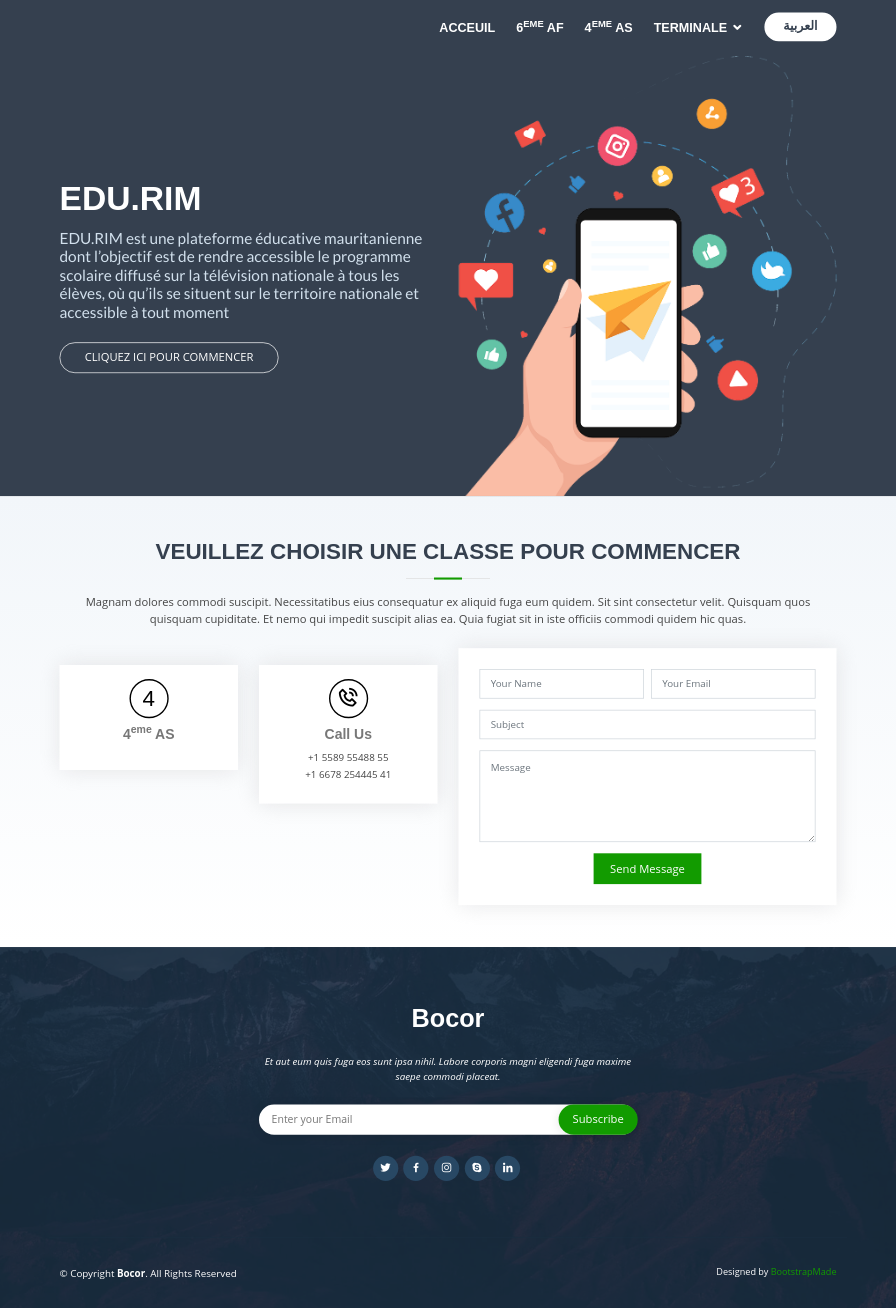
Repository: athiemohamed/courat
Page: http://localhost/
These files come from the project's save history. The page is drawn as it stood at one moment and after a run of saves; the edit follows.
The browser window is 1280 px wide. The pictures show the whole page, at 70% of full size.
Some web fonts or font styles are not loaded; a fallback is used. The page is run by PHP 8.4 with error messages shown; the project is at /var/www/html/. Other server files are loaded and not shown.

Above is the page before, as saved 2020-03-26 12:59:58.

### index.php
<!DOCTYPE html>
<html lang="en">

<head>
  <meta charset="utf-8">
  <meta content="width=device-width, initial-scale=1.0" name="viewport">

  <title>Cours - Rim Academy</title>
  <meta content="" name="descriptison">
  <meta content="" name="keywords">

  <!-- Favicons -->
  <link href="assets/img/favicon.png" rel="icon">
  <link href="assets/img/apple-touch-icon.png" rel="apple-touch-icon">

  <!-- Google Fonts -->
  <link href="https://fonts.googleapis.com/css?family=Cairo&display=swap" rel="stylesheet">
  <link href="https://fonts.googleapis.com/css?family=Lato&display=swap" rel="stylesheet">

  <!-- Vendor CSS Files -->
  <link href="assets/vendor/bootstrap/css/bootstrap.min.css" rel="stylesheet">
  <link href="assets/vendor/icofont/icofont.min.css" rel="stylesheet">
  <link href="assets/vendor/boxicons/css/boxicons.min.css" rel="stylesheet">
  <link href="assets/vendor/venobox/venobox.css" rel="stylesheet">
  <link href="assets/vendor/aos/aos.css" rel="stylesheet">

  <!-- Template Main CSS File -->
  <link href="assets/css/style.css" rel="stylesheet">

  <!-- =======================================================
  * Template Name: Bocor - v2.0.0
  * Template URL: https://bootstrapmade.com/bocor-bootstrap-template-nice-animation/
  * Author: BootstrapMade.com
  * License: https://bootstrapmade.com/license/
  ======================================================== -->
</head>

<body>

  <!-- ======= Header ======= -->
  <header id="header">
    <div class="container d-flex">
      <div class="logo mr-auto">
        <!-- <h1 class="text-light"><a href="index.html">RIM<span>.EDU</span></a></h1> -->
        <!-- Uncomment below if you prefer to use an image logo -->
        <!-- <a href="index.html"><img src="assets/img/logo.png" alt="" class="img-fluid"></a>-->
      </div>
      <nav class="nav-menu d-none d-lg-block">
        <ul>
          <li class="active"><a href="#header">ACCEUIL</a></li>
          <li><a href="#">6<sup>EME</sup> AF</a></li>
          <li><a href="#">4<sup>EME</sup> AS</a></li>
          <li class="drop-down"><a href="">TERMINALE</a>
            <ul>
              <li><a href="#">TERMINALE A</a></li>
              <li><a href="#">TERMINALE C</a></li>
              <li><a href="#">TERMINALE D</a></li>
              <li><a href="#">TERMINALE LM</a></li>
              <li><a href="#">TERMINALE LO</a></li>
            </ul>
          </li>
          <!-- Language Changer -->
          <li class="get-started"><a href="#">العربية</a></li>
        </ul>
      </nav><!-- .nav-menu -->
    </div>
  </header><!-- End Header -->

  <!-- ======= Hero Section ======= -->
  <section id="hero">

    <div class="container">
      <div class="row d-flex align-items-center"">
      <div class=" col-lg-6 py-5 py-lg-0 order-2 order-lg-1" data-aos="fade-right">
        <h1>EDU.RIM</h1>
        <h2>EDU.RIM est une plateforme éducative mauritanienne dont l’objectif est de
          rendre accessible le programme scolaire diffusé sur la télévision nationale à tous les élèves,
          où qu’ils se situent sur le territoire nationale et accessible à tout moment</h2>
        <a href="#contact" class="btn-get-started scrollto">CLIQUEZ ICI POUR COMMENCER</a>
      </div>
      <div class="col-lg-6 order-1 order-lg-2 hero-img" data-aos="fade-left">
        <img src="assets/img/hero-img.png" class="img-fluid" alt="">
      </div>
    </div>
    </div>

  </section><!-- End Hero -->

  <main id="main">

    <!-- ======= Partners Section ======= -->

    <!-- <section id="clients" class="clients section-bg">
      <div class="container">

        <div class="row no-gutters clients-wrap clearfix wow fadeInUp">

          <div class="col-lg-2 col-md-4 col-6">
            <div class="client-logo">
              <img src="assets/img/clients/client-1.png" class="img-fluid" alt="" data-aos="flip-right">
            </div>
          </div>

          <div class="col-lg-2 col-md-4 col-6">
            <div class="client-logo">
              <img src="assets/img/clients/client-2.png" class="img-fluid" alt="" data-aos="flip-right" data-aos-delay="100">
            </div>
          </div>

          <div class="col-lg-2 col-md-4 col-6">
            <div class="client-logo">
              <img src="assets/img/clients/client-3.png" class="img-fluid" alt="" data-aos="flip-right" data-aos-delay="200">
            </div>
          </div>

          <div class="col-lg-2 col-md-4 col-6">
            <div class="client-logo">
              <img src="assets/img/clients/client-4.png" class="img-fluid" alt="" data-aos="flip-right" data-aos-delay="300">
            </div>
          </div>

          <div class="col-lg-2 col-md-4 col-6">
            <div class="client-logo">
              <img src="assets/img/clients/client-5.png" class="img-fluid" alt="" data-aos="flip-right" data-aos-delay="400">
            </div>
          </div>

          <div class="col-lg-2 col-md-4 col-6">
            <div class="client-logo">
              <img src="assets/img/clients/client-6.png" class="img-fluid" alt="" data-aos="flip-right" data-aos-delay="500">
            </div>
          </div>

        </div>

      </div>
    </section> -->

    <!-- End Parteners Section -->

    <!-- ======= Contact Section ======= -->
    <section id="contact" class="contact section-bg">
      <div class="container">

        <div class="section-title">
          <h2 data-aos="fade-in">VEUILLEZ CHOISIR UNE CLASSE POUR COMMENCER</h2>
          <p data-aos="fade-in">Magnam dolores commodi suscipit. Necessitatibus eius consequatur ex aliquid fuga eum quidem. Sit sint consectetur velit. Quisquam quos quisquam cupiditate. Et nemo qui impedit suscipit alias ea. Quia fugiat sit in iste officiis commodi quidem hic quas.</p>
        </div>

        <div class="row">
          <div class="col-lg-6">
            <div class="row">
              <div class="col-md-6">
                <div class="info-box mt-4" data-aos="fade-up" data-aos-delay="100">
                  <i class="rounded-number">4</i>
                  <h3>4<sup>eme</sup> AS</h3>
                </div>
              </div>
              <div class="col-md-6">
                <div class="info-box mt-4" data-aos="fade-up" data-aos-delay="100">
                  <i class="bx bx-phone-call"></i>
                  <h3>Call Us</h3>
                  <p>+1 5589 55488 55<br>+1 6678 254445 41</p>
                </div>
              </div>
            </div>

          </div>

          <div class="col-lg-6">
            <form action="forms/contact.php" method="post" role="form" class="php-email-form" data-aos="fade-up">
              <div class="form-row">
                <div class="col-md-6 form-group">
                  <input type="text" name="name" class="form-control" id="name" placeholder="Your Name" data-rule="minlen:4" data-msg="Please enter at least 4 chars" />
                  <div class="validate"></div>
                </div>
                <div class="col-md-6 form-group">
                  <input type="email" class="form-control" name="email" id="email" placeholder="Your Email" data-rule="email" data-msg="Please enter a valid email" />
                  <div class="validate"></div>
                </div>
              </div>
              <div class="form-group">
                <input type="text" class="form-control" name="subject" id="subject" placeholder="Subject" data-rule="minlen:4" data-msg="Please enter at least 8 chars of subject" />
                <div class="validate"></div>
              </div>
              <div class="form-group">
                <textarea class="form-control" name="message" rows="5" data-rule="required" data-msg="Please write something for us" placeholder="Message"></textarea>
                <div class="validate"></div>
              </div>
              <div class="mb-3">
                <div class="loading">Loading</div>
                <div class="error-message"></div>
                <div class="sent-message">Your message has been sent. Thank you!</div>
              </div>
              <div class="text-center"><button type="submit">Send Message</button></div>
            </form>
          </div>

        </div>

      </div>
    </section><!-- End Contact Section -->

  </main><!-- End #main -->

  <!-- ======= Footer ======= -->
  <footer id="footer">

    <div class="footer-top">

      <div class="container" data-aos="fade-up">

        <div class="row  justify-content-center">
          <div class="col-lg-6">
            <h3>Bocor</h3>
            <p>Et aut eum quis fuga eos sunt ipsa nihil. Labore corporis magni eligendi fuga maxime saepe commodi placeat.</p>
          </div>
        </div>

        <div class="row footer-newsletter justify-content-center">
          <div class="col-lg-6">
            <form action="" method="post">
              <input type="email" name="email" placeholder="Enter your Email"><input type="submit" value="Subscribe">
            </form>
          </div>
        </div>

        <div class="social-links">
          <a href="#" class="twitter"><i class="bx bxl-twitter"></i></a>
          <a href="#" class="facebook"><i class="bx bxl-facebook"></i></a>
          <a href="#" class="instagram"><i class="bx bxl-instagram"></i></a>
          <a href="#" class="google-plus"><i class="bx bxl-skype"></i></a>
          <a href="#" class="linkedin"><i class="bx bxl-linkedin"></i></a>
        </div>

      </div>
    </div>

    <div class="container footer-bottom clearfix">
      <div class="copyright">
        &copy; Copyright <strong><span>Bocor</span></strong>. All Rights Reserved
      </div>
      <div class="credits">
        <!-- All the links in the footer should remain intact. -->
        <!-- You can delete the links only if you purchased the pro version. -->
        <!-- Licensing information: https://bootstrapmade.com/license/ -->
        <!-- Purchase the pro version with working PHP/AJAX contact form: https://bootstrapmade.com/bocor-bootstrap-template-nice-animation/ -->
        Designed by <a href="https://bootstrapmade.com/">BootstrapMade</a>
      </div>
    </div>
  </footer><!-- End Footer -->

  <a href="#" class="back-to-top"><i class="icofont-simple-up"></i></a>

  <!-- Vendor JS Files -->
  <script src="assets/vendor/jquery/jquery.min.js"></script>
  <script src="assets/vendor/bootstrap/js/bootstrap.bundle.min.js"></script>
  <script src="assets/vendor/jquery.easing/jquery.easing.min.js"></script>
  <script src="assets/vendor/php-email-form/validate.js"></script>
  <script src="assets/vendor/isotope-layout/isotope.pkgd.min.js"></script>
  <script src="assets/vendor/venobox/venobox.min.js"></script>
  <script src="assets/vendor/aos/aos.js"></script>

  <!-- Template Main JS File -->
  <script src="assets/js/main.js"></script>

</body>

</html>

Loaded but not shown: assets/js/main.js (117 lines, source omitted); assets/css/style.css (1308 lines, source omitted)

After the next 3 saves:
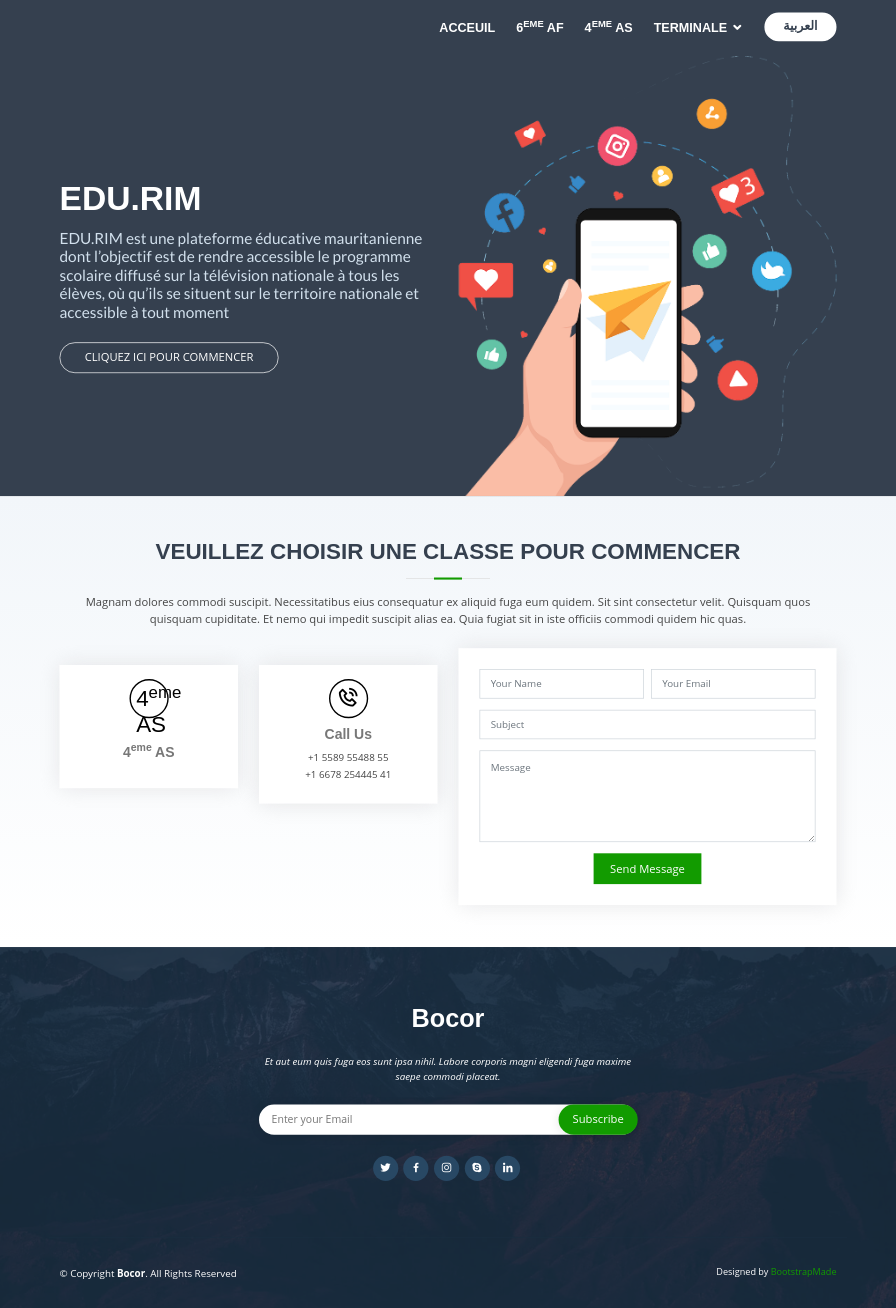
The 3 saves are shown as one change because they came seconds apart.
The last was saved 27 s later.
--- a/index.php
+++ b/index.php
@@ -152,7 +152,7 @@
             <div class="row">
               <div class="col-md-6">
                 <div class="info-box mt-4" data-aos="fade-up" data-aos-delay="100">
-                  <i class="rounded-number">4</i>
+                  <i class="rounded-number">4<sup>eme</sup> AS</i>
                   <h3>4<sup>eme</sup> AS</h3>
                 </div>
               </div>
